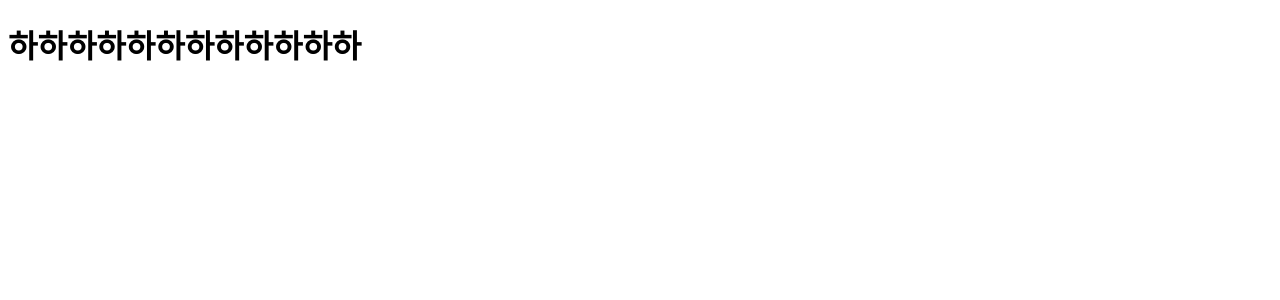
Repository: jun01270/F-E-practice
Page: index.html
The author's editor kept a copy of each file at every save. The page is drawn from the files as they stood at one save, then again after the next save.
The browser window is 1280 px wide. The pictures show the whole page.

Above is the page before, as saved 2022-12-12 19:08:03.

### index.html
<!DOCTYPE html>
<html lang="en">
  <head>
    <meta charset="UTF-8" />
    <meta http-equiv="X-UA-Compatible" content="IE=edge" />
    <meta name="viewport" content="width=device-width, initial-scale=1.0" />
    <title>Document</title>
  </head>
  <body>
    <div class="first">
      <h1 id="laugh">HAHAHAHAHA</h1>
    </div>
    <script src="app.js"></script>
  </body>
</html>

### app.js
const title = document.querySelector(".first h1");

title.innerText = "하하하하하하하하하하하하";
console.dir(title);

let titleColor = title.style.color;
console.log(titleColor);
titleColor = "Red";
console.log(titleColor);

function afterClick() {
  console.log("CLick!!!");
  console.log(title);
  if (titleColor === "red") {
    titleColor = "Yellow";
  } else {
    titleColor = "red";
  }
}

title.addEventListener("click", afterClick);

After the next save:
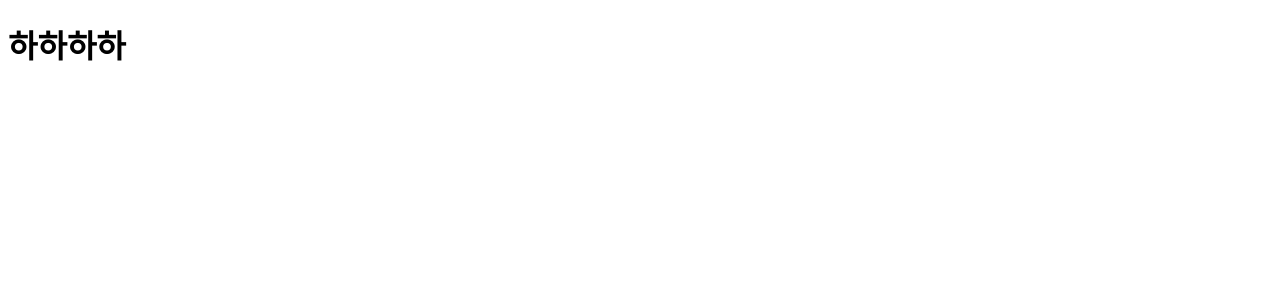
Saved 84 s later.
--- a/app.js
+++ b/app.js
@@ -1,6 +1,6 @@
 const title = document.querySelector(".first h1");
 
-title.innerText = "하하하하하하하하하하하하";
+title.innerText = "하하하하";
 console.dir(title);
 
 let titleColor = title.style.color;
